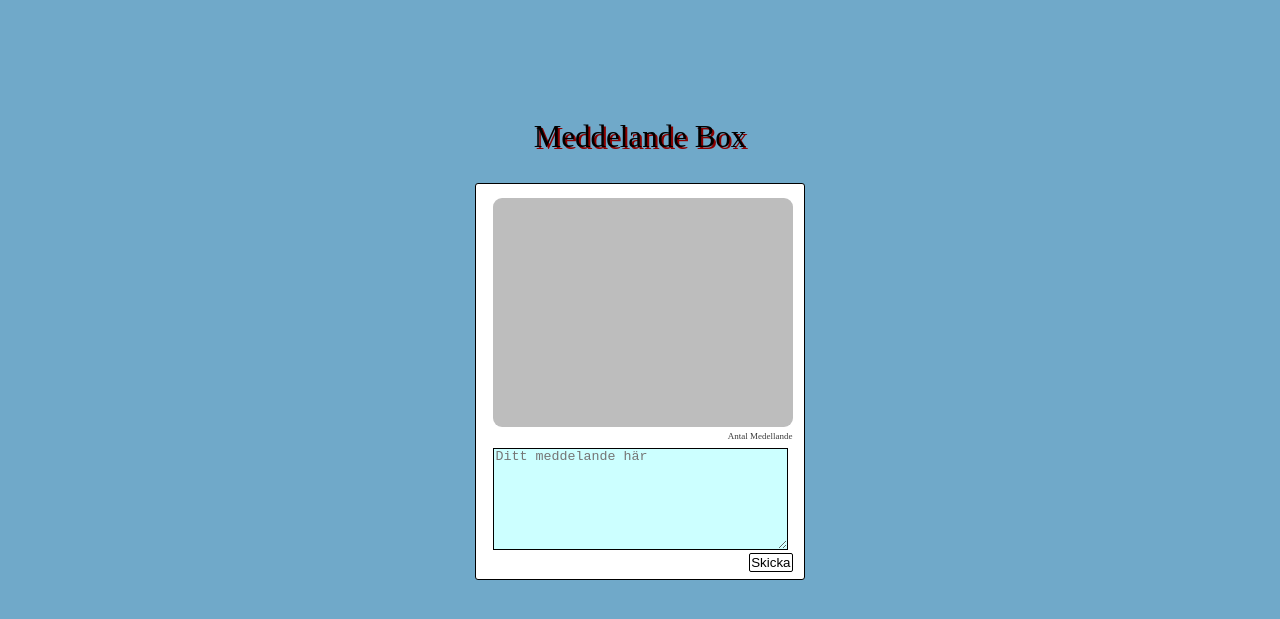
Repository: ls222vy/ls222vy-1dv403-laborationer
Page: 2-labbymezzage/index.html
The author's editor kept a record of every edit. The page is drawn from the files as they stood at one moment, then again after the next edit.
The browser window is 1280 px wide. The pictures show the whole page.

Above is the page before.

After the next edit:
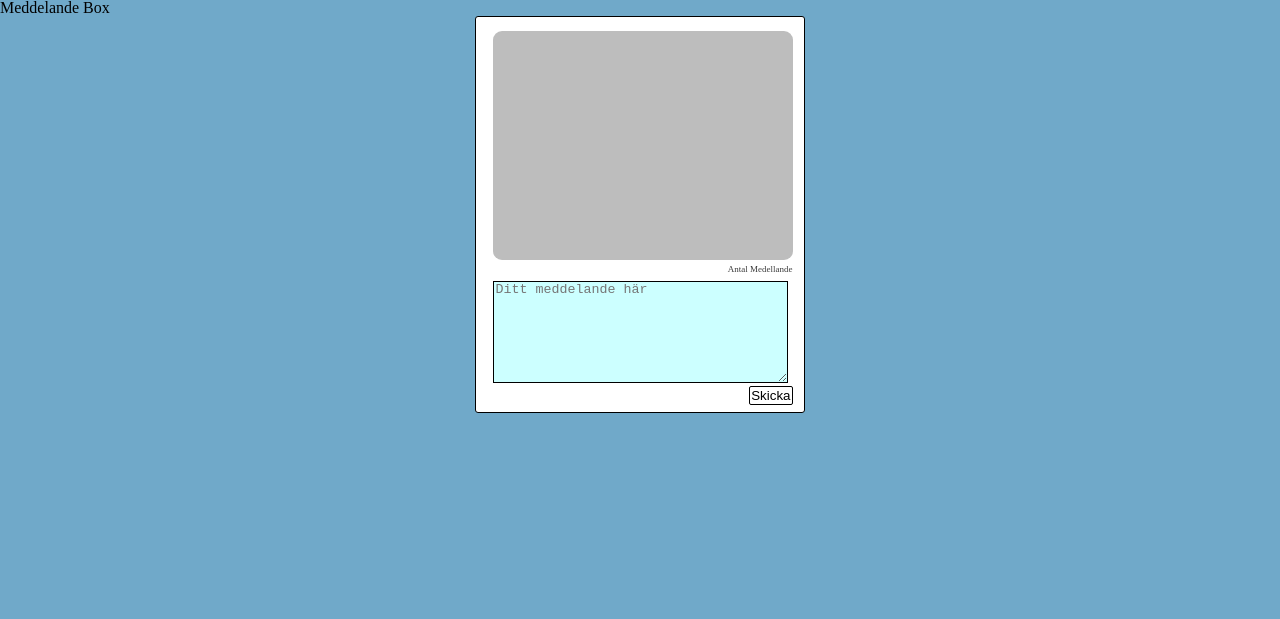
The edit:
--- a/2-labbymezzage/css/style.css
+++ b/2-labbymezzage/css/style.css
@@ -55,8 +55,9 @@
     -webkit-border-radius:3px;
 }
 
-h1{
+#headerside{
    /* color:#0095b6;*/
+   display:Block;
     margin-top:90px;
     text-align:center;
     padding:1em;

After the edit that followed:
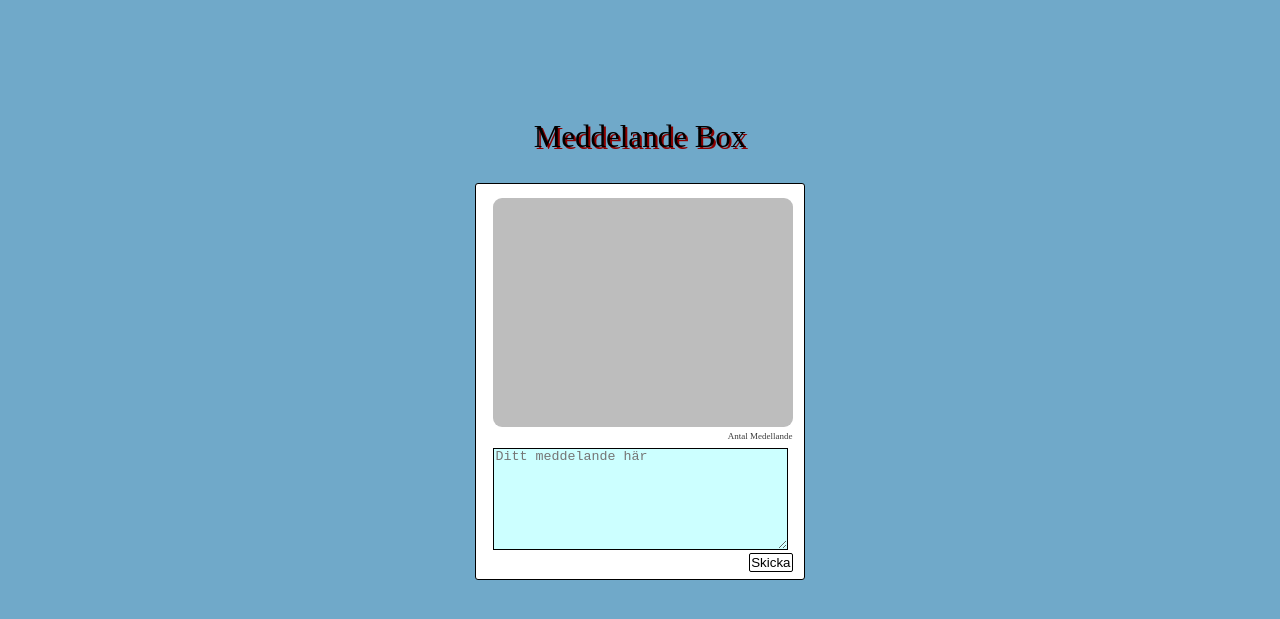
The edit:
--- a/2-labbymezzage/css/style.css
+++ b/2-labbymezzage/css/style.css
@@ -55,7 +55,7 @@
     -webkit-border-radius:3px;
 }
 
-#headerside{
+h1{
    /* color:#0095b6;*/
    display:Block;
     margin-top:90px;
